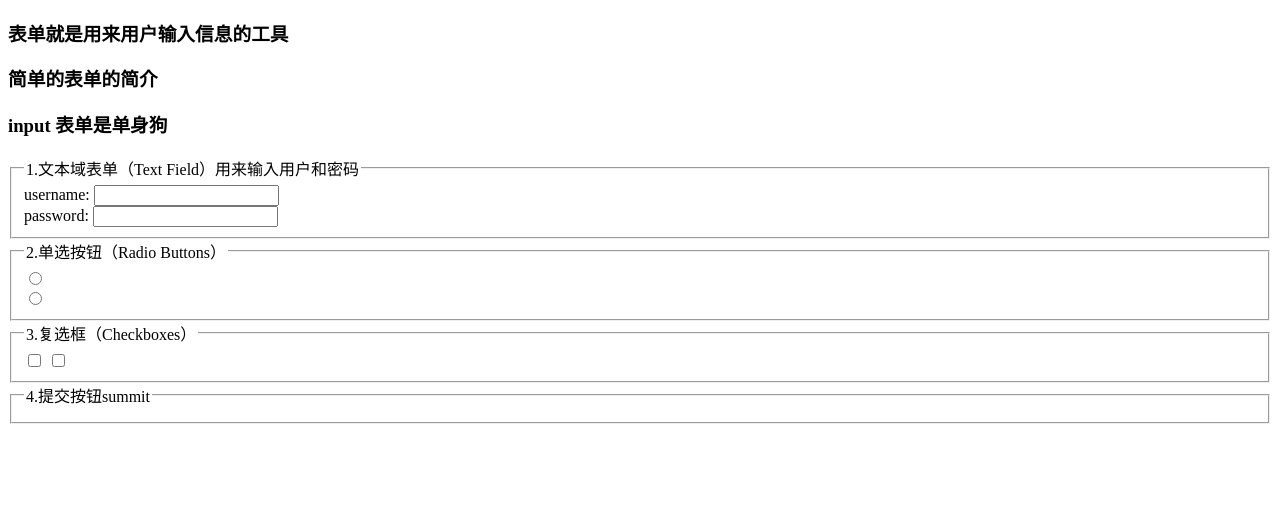
Repository: jarvanstack/vscode
Page: HTML/HTML中From表单.html
These files come from the project's save history. The page is drawn as it stood at one moment and after the next save; the edit follows.
The browser window is 1280 px wide. The pictures show the whole page.

Above is the page before, as saved 2020-06-11 09:51:09.

After the next save:
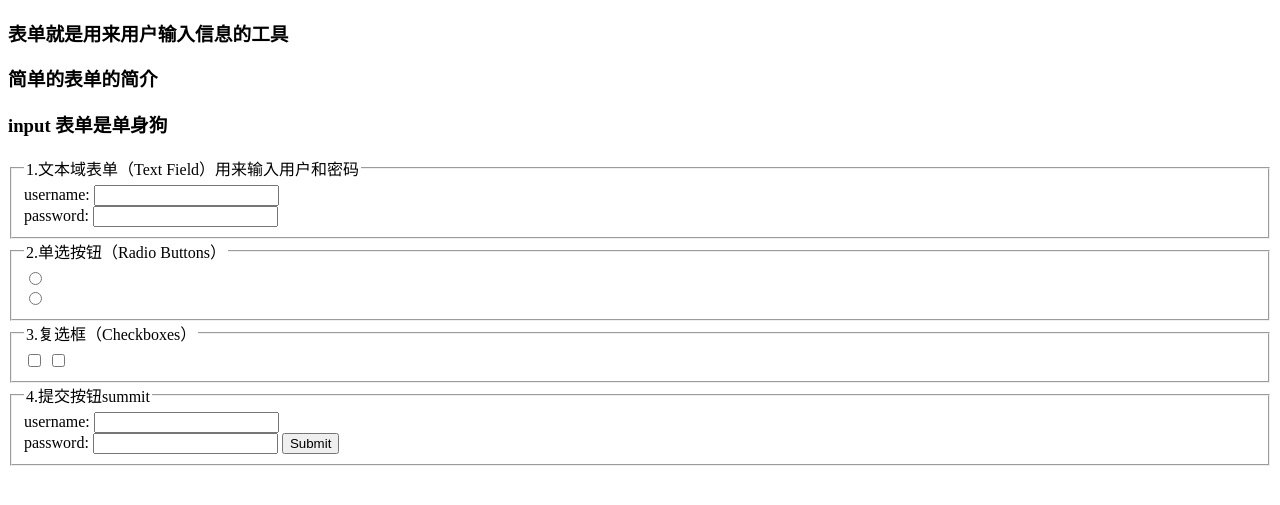
Saved 73 s later.
--- a/HTML/HTML中From表单.html
+++ b/HTML/HTML中From表单.html
@@ -49,6 +49,16 @@
     <form action="post">
         <fieldset>
             <legend>4.提交按钮summit</legend>
+            <span>
+                username: <input type="text" name="username">
+            </span>
+            <br>
+            <span>
+                password: <input type="password" name="password">
+            </span>
+            <span>
+                <input type="submit" name="submit">
+            </span>
         </fieldset>
     </form>
 </body>
